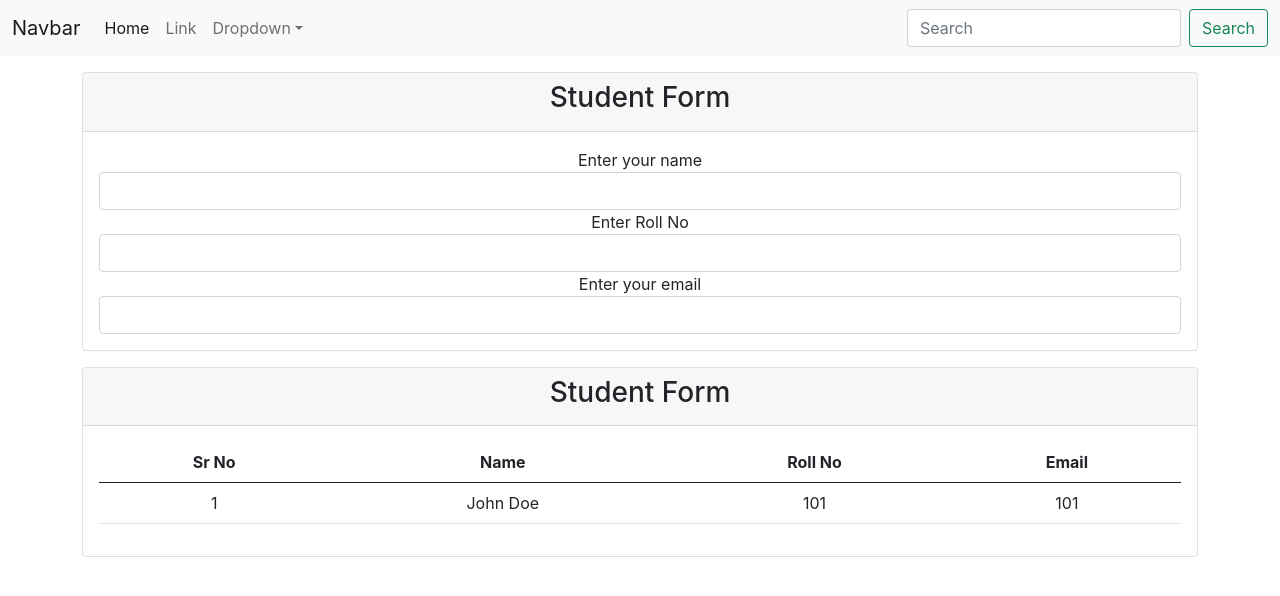
Repository: Ali0548/WebEducatorz-Batch6-7-9-10
Page: / (app in frontend/)
The author's editor kept a copy of each file at every save. The page is drawn from the files as they stood at one save, then again after the next save.
The browser window is 1280 px wide. The pictures show the whole page.
The project was rebuilt for these pictures with package versions that can differ from the ones it lists, and the page was loaded fresh each time.

Above is the page before, as saved 2023-11-26 16:44:45.

After the next save:
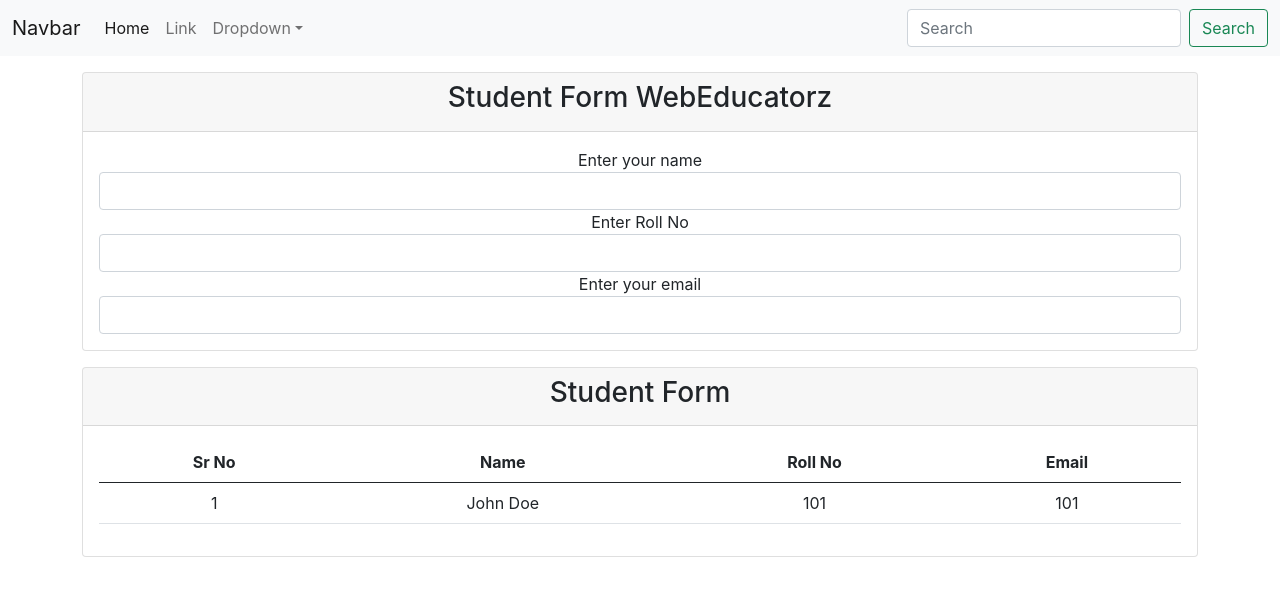
Saved 54 s later.
--- a/frontend/src/components/StudentForm.jsx
+++ b/frontend/src/components/StudentForm.jsx
@@ -1,12 +1,14 @@
 import React from 'react'
 
 const StudentForm = () => {
+    let name = "John Doe";
+    name = "WebEducatorz";
   return (
     <>
     <div className="container my-3">
         <div className="card">
           <div className="card-header">
-            <h3 className="card-title">Student Form</h3>
+            <h3 className="card-title">Student Form {name}</h3>
           </div>
           <div className="card-body">
             <div className="form-group">
